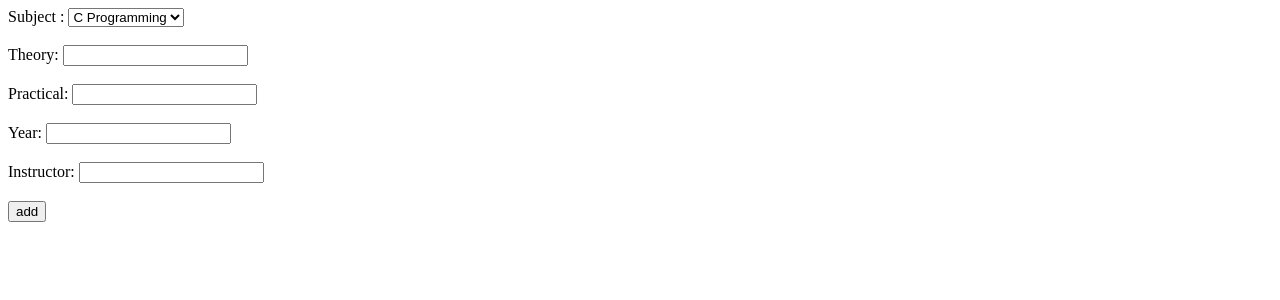
Repository: 1919satya/Mode2
Page: http://localhost/CollegeCms/AddCourse.jsp
An editor plug-in stored every save of this project. The page is shown before and after the next save, followed by the edit.
The browser window is 1280 px wide. The pictures show the whole page.
The page is served by Tomcat 9. Other server files are loaded and not shown.

Above is the page before, as saved 2019-09-04 06:08:39.

### CMS/CollegeCms/src/main/webapp/AddCourse.jsp
<%@ page language="java" contentType="text/html; charset=ISO-8859-1"
    pageEncoding="ISO-8859-1"%>
<!DOCTYPE html PUBLIC "-//W3C//DTD HTML 4.01 Transitional//EN" "http://www.w3.org/TR/html4/loose.dtd">
<html>
<head>
<meta http-equiv="Content-Type" content="text/html; charset=ISO-8859-1">
<title>Insert title here</title>
</head>
<body>
    <form method="get" action="AddCourse.jsp" name="product">
 Subject :
<select name="subject" id="dropdown" onchange="change()">
<option  value="C" >C Programming</option>
<option  value="C++" >C++</option>
<option  value="java" >Java</option>
<option  value="html" >HTML</option>
<option  value="springs" >Springs</option>
</select><br/><br/>
Theory:
<input type="text" id="theory" name="theory" readonly="readonly"/><br/><br/>
Practical:
<input type="text" id="practical" name="practical" readonly="readonly"/><br/><br/>
Year:
<input type="text"  name="year"/><br/><br/>
Instructor:
<input type="text"  name="instructor"/><br/><br/>
<input type="submit"  value="add"/> <br/><br/>
    </form>
    <script>
    function change(){
    	var pd= document.getElementById("dropdown").value;
    	if(pd=="C") {
        	product.theory.value="46";
        	product.practical.value="53";
    	}
    if(pd =="C++"){
    	product.theory.value="42";
    	product.practical.value="14";
    }
    if(dval =="java"){
    	product.theory.value="90";
    	product.practical.value="50";
    }
    if(dval =="html"){
    	product.theory.value="90";
    	product.practical.value="50";
    }
    if(dval =="springs"){
    	product.theory.value="69";
    	product.practical.value="41";
    }
    }
    </script>


</body>
</html>

After the next save:
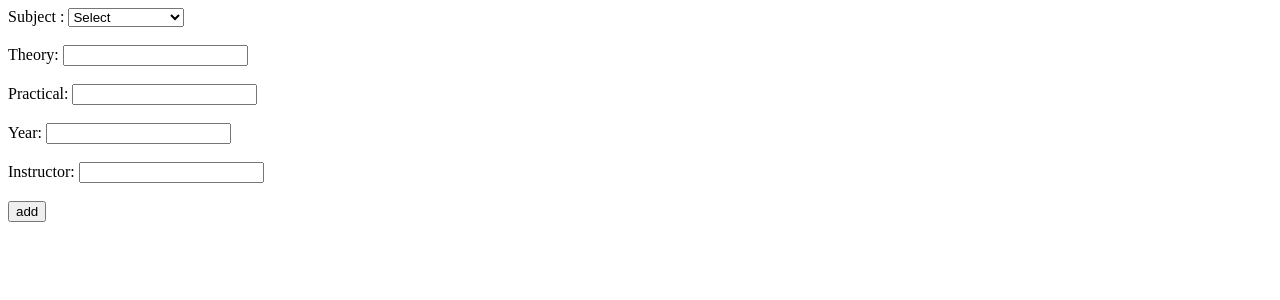
Saved 79 s later.
--- a/CMS/CollegeCms/src/main/webapp/AddCourse.jsp
+++ b/CMS/CollegeCms/src/main/webapp/AddCourse.jsp
@@ -10,6 +10,7 @@
     <form method="get" action="AddCourse.jsp" name="product">
  Subject :
 <select name="subject" id="dropdown" onchange="change()">
+<option  value="Subject" >Select</option>
 <option  value="C" >C Programming</option>
 <option  value="C++" >C++</option>
 <option  value="java" >Java</option>
